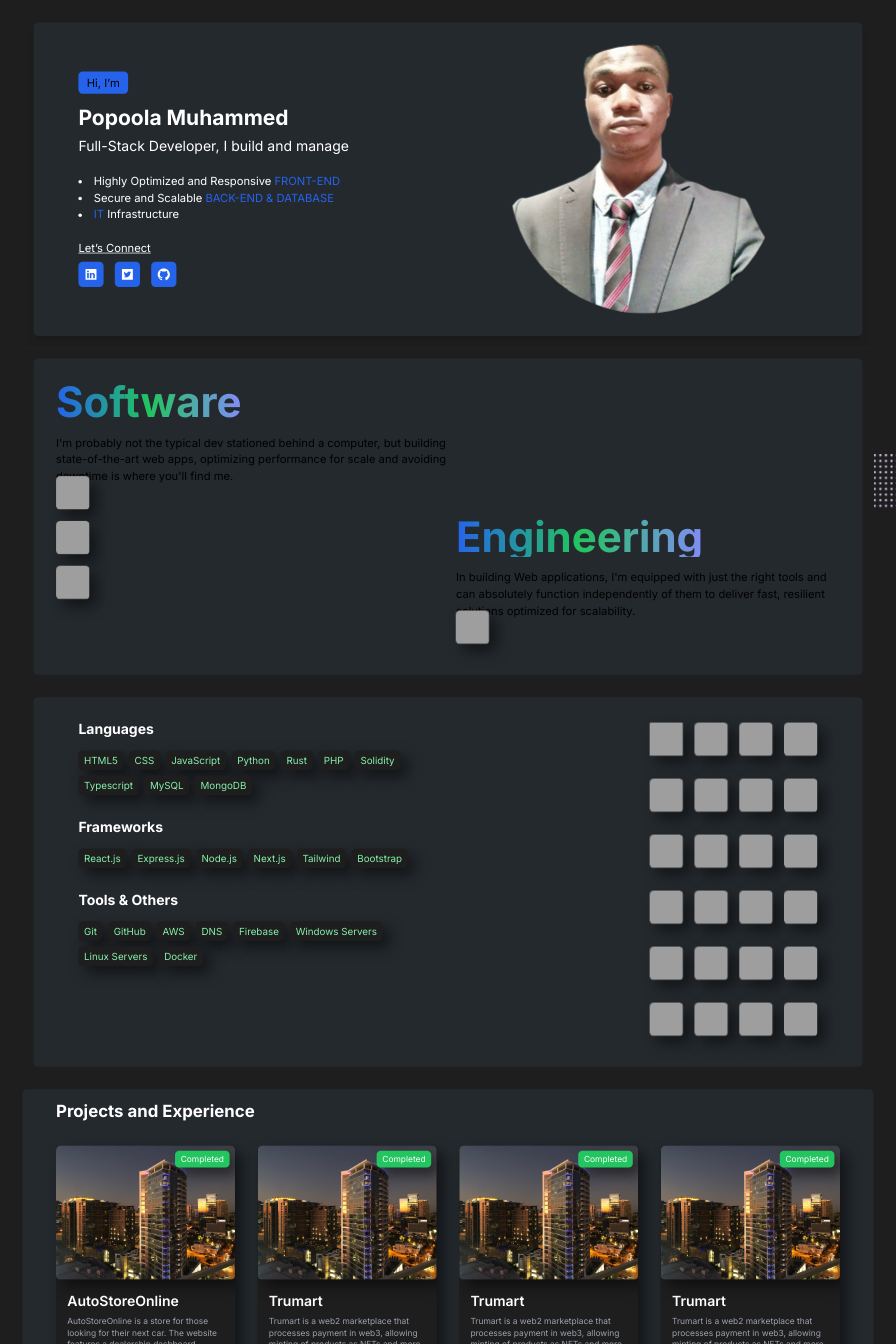
Repository: muhammedctgr/hammedctgr
Page: /
These files come from the project's save history. The page is drawn as it stood at one moment and after the next save; the edit follows.
The browser window is 1280 px wide. The pictures show the part of the page from y = 0 to 1920 px (the page is 2596 px tall before and 2516 px after), at 70% of full size.
Pictures or frames that could not be fetched are drawn as grey boxes. The project was rebuilt for these pictures with package versions that can differ from the ones it lists, and the page was loaded fresh each time. The framework's server and built-in components were replaced by stand-ins that run in the browser. Also part of the build but not shown: next.config.mjs.

Above is the page before, as saved 2024-08-08 19:42:08.

### app/layout.tsx
import type { Metadata } from "next";
import { Inter } from "next/font/google";
import "./globals.css";

const inter = Inter({ subsets: ["latin"] });

export const metadata: Metadata = {
  title: "Popoola Muhammed",
  description: "Generated by create next app",
};

export default function RootLayout({
  children,
}: Readonly<{
  children: React.ReactNode;
}>) {
  return (
    <html lang="en">
      <body className={inter.className}>{children}</body>
    </html>
  );
}

### app/page.tsx
import Head from 'next/head';
import Hero from '../components/Hero';
import SkillsSection from '@/components/SkillsSection';
import SummarySection from '@/components/SummarySection';
import ProjectsSection from '@/components/ProjectsSection';


const Home = () => (
  <div>
    <Head>
      <title>Popoola Muhammed</title>
      <meta name="description" content="Welcome to my developer portfolio" />
    </Head>

    <Hero />
    <SummarySection />
    <SkillsSection />
    <ProjectsSection />
  </div>
);

export default Home;

### app/globals.css
@tailwind base;
@tailwind components;
@tailwind utilities;

:root {
  --foreground-rgb: 0, 0, 0;
  --background-start-rgb: 214, 219, 220;
  --background-end-rgb: 255, 255, 255;
}

@media (prefers-color-scheme: dark) {
  :root {
    --foreground-rgb: 255, 255, 255;
    --background-start-rgb: 0, 0, 0;
    --background-end-rgb: 0, 0, 0;
  }
}

body {
  color: rgb(var(--foreground-rgb));
  background: linear-gradient(
      to bottom,
      transparent,
      rgb(var(--background-end-rgb))
    )
    rgb(var(--background-start-rgb));
}

@layer utilities {
  .text-balance {
    text-wrap: balance;
  }
}


@keyframes upDown {
  0%, 100% {
    transform: translateY(0);
  }
  50% {
    transform: translateY(-10px); /* Adjust the value as needed */
  }
}

.animate-upDown {
  animation: upDown 2s infinite ease-in-out; /* Adjust duration as needed */
}

.neumorph {
  border-radius: 5px;
  background: linear-gradient(145deg, #161414, #1a1818);
  box-shadow:  5px 5px 10px #111010,
               -5px -5px 10px #1f1c1c;
}

### components/Hero.tsx
import Image from 'next/image';
import profilePic from '../public/profile.png';
import { AiFillLinkedin, AiFillGithub, AiFillTwitterSquare, AiFillX } from 'react-icons/ai';

const Hero = () => {
  return (
    <section className="bg-gptGray px-4 py-4 md:pt-8 md:px-8 lg:px-12 text-white flex items-center">
  <div className="container bg-githubGray shadow-lg rounded-md mx-auto flex flex-col md:flex-row items-center md:px-8">
    <div className="flex-1 text-left p-4 md:p-8">
      <div className="inline-block bg-blue-600 text-black py-1 px-3 mb-4 rounded-md">
        Hi, I’m
      </div>
      <div className="mb-6">
        <h1 className="text-xl md:text-3xl font-bold">Popoola Muhammed</h1>
        <p className="mt-2 text-lg md:text-xl">Full-Stack Developer, I build and manage</p>
      </div>
      <ul className="mt-4 list-disc list-inside text-sm md:text-base">
        <li>Highly Optimized and Responsive <span className="text-blue-600">FRONT-END</span></li>
        <li>Secure and Scalable <span className="text-blue-600">BACK-END & DATABASE</span></li>
        <li><span className="text-blue-600">IT</span> Infrastructure</li>
      </ul>
      <div className="mt-6">
        <a href="#contact" className="underline">Let’s Connect</a>
        <div className="mt-2 flex justify-start space-x-4">
          <a href="#" className="bg-blue-600 p-2 rounded-md">
            <AiFillLinkedin size={20} />
          </a>
          <a href="#" className="bg-blue-600 p-2 rounded-md">
            <AiFillTwitterSquare size={20} />
          </a>
          <a href="#" className="bg-blue-600 p-2 rounded-md">
            <AiFillGithub size={20} />
          </a>
        </div>
      </div>
    </div>
    <div className="flex-1 p-4 md:p-8">
      <div className="relative w-40 h-40 md:w-72 md:h-72 lg:w-96 lg:h-96 mx-auto">
        <Image src={profilePic} alt="Popoola Muhammed" layout="fill" className="rounded-full object-cover animate-upDown" />
      </div>
    </div>
  </div>
</section>
  );
};

export default Hero;

### components/SkillsSection.tsx
import Image from 'next/image';
import { FC } from 'react';

interface SkillCategory {
  title: string;
  skills: { name: string; }[];
}

const skills: SkillCategory[] = [
  {
    title: "Languages",
    skills: [
      { name: "HTML5",  },
      { name: "CSS", },
      { name: "JavaScript",  },
      { name: "Python", },
      { name: "Rust",  },
      { name: "PHP", },
      { name: "Solidity",  },
      { name: "Typescript",  },
      { name: "MySQL",  },
      { name: "MongoDB", },
    ],
  },
  {
    title: "Frameworks",
    skills: [
      { name: "React.js", },
      { name: "Express.js",  },
      { name: "Node.js", },
      { name: "Next.js", },
      { name: "Tailwind", },
      { name: "Bootstrap", }
    ],
  },
  {
    title: "Tools & Others",
    skills: [
      { name: "Git",  },
      { name: "GitHub",  },
      { name: "AWS", },
      { name: "DNS", },
      { name: "Firebase", },
      { name: "Windows Servers", },
      { name: "Linux Servers",  },
      { name: "Docker",  },
    ],
  },
];

const icons = [
  "/icons/html5.svg", // Replace with your icon paths
  "/icons/css3.svg",
  "/icons/javascript.svg",
  "/icons/python.svg",
  // Add the rest of the icons as needed
];

const SkillsSection: FC = () => {
  return (
  <section className="px-4 py-4 md:px-8 lg:px-12 bg-gptGray text-white">
  <div className="container bg-githubGray rounded-md mx-auto flex flex-col md:flex-row items-start md:px-8">
    <div className="flex-1 p-4 md:p-8">
      {skills.map((category) => (
        <div key={category.title} className="mb-8">
          <h2 className="text-lg md:text-xl font-bold mb-4">{category.title}</h2>
          <div className="flex flex-wrap gap-2">
            {category.skills.map((skill) => (
              <span
                key={skill.name}
                className={`px-2 py-1 rounded-md text-sm shadow-deep-all bg-gptGray text-green-300`}
              >
                {skill.name}
              </span>
            ))}
          </div>
        </div>
      ))}
    </div>
    <div className="flex-1 flex flex-col items-center md:items-end">
      <div className="grid grid-cols-3 md:grid-cols-4 gap-4 p-4 md:p-8">
      <img src="https://cdn.jsdelivr.net/gh/devicons/devicon@latest/icons/html5/html5-original.svg" className="w-8 h-8 md:w-12 md:h-12 lg:w-12 lg:h-12 bg-gptGray rounded-sm animate-bounce shadow-deep-all mt-4" />
      <img src="https://cdn.jsdelivr.net/gh/devicons/devicon@latest/icons/css3/css3-original.svg" className="w-8 h-8 md:w-12 md:h-12 lg:w-12 lg:h-12 bg-gptGray rounded-md animate-bounce shadow-deep-all mt-4" />
      <img src="https://cdn.jsdelivr.net/gh/devicons/devicon@latest/icons/javascript/javascript-original.svg" className="w-8 h-8 md:w-12 md:h-12 lg:w-12 lg:h-12 bg-gptGray rounded-md animate-bounce shadow-deep-all mt-4" />
      <img src="https://cdn.jsdelivr.net/gh/devicons/devicon@latest/icons/python/python-original.svg" className="w-8 h-8 md:w-12 md:h-12 lg:w-12 lg:h-12 bg-gptGray rounded-md animate-bounce shadow-deep-all mt-4" />
      <img src="https://cdn.jsdelivr.net/gh/devicons/devicon@latest/icons/rust/rust-original.svg"  className="w-8 h-8 md:w-12 md:h-12 lg:w-12 lg:h-12 bg-gptGray rounded-md animate-bounce shadow-deep-all mt-4" />
      <img src="https://cdn.jsdelivr.net/gh/devicons/devicon@latest/icons/php/php-original.svg" className="w-8 h-8 md:w-12 md:h-12 lg:w-12 lg:h-12 bg-gptGray rounded-md animate-bounce shadow-deep-all mt-4" />
      <img src="https://cdn.jsdelivr.net/gh/devicons/devicon@latest/icons/solidity/solidity-original.svg" className="w-8 h-8 md:w-12 md:h-12 lg:w-12 lg:h-12 bg-gptGray rounded-md animate-bounce shadow-deep-all mt-4" />
      <img src="https://cdn.jsdelivr.net/gh/devicons/devicon@latest/icons/typescript/typescript-original.svg" className="w-8 h-8 md:w-12 md:h-12 lg:w-12 lg:h-12 bg-gptGray rounded-md animate-bounce shadow-deep-all mt-4" />
      <img src="https://cdn.jsdelivr.net/gh/devicons/devicon@latest/icons/mysql/mysql-original.svg" className="w-8 h-8 md:w-12 md:h-12 lg:w-12 lg:h-12 bg-gptGray rounded-md animate-bounce shadow-deep-all mt-4" />
      <img src="https://cdn.jsdelivr.net/gh/devicons/devicon@latest/icons/mongodb/mongodb-original.svg" className="w-8 h-8 md:w-12 md:h-12 lg:w-12 lg:h-12 bg-gptGray rounded-md animate-bounce shadow-deep-all mt-4" />
      <img src="https://cdn.jsdelivr.net/gh/devicons/devicon@latest/icons/react/react-original.svg" className="w-8 h-8 md:w-12 md:h-12 lg:w-12 lg:h-12 bg-gptGray rounded-md animate-bounce shadow-deep-all mt-4" />
      <img src="https://cdn.jsdelivr.net/gh/devicons/devicon@latest/icons/express/express-original.svg" className="w-8 h-8 md:w-12 md:h-12 lg:w-12 lg:h-12 bg-gptGray rounded-md animate-bounce shadow-deep-all mt-4" />
      <img src="https://cdn.jsdelivr.net/gh/devicons/devicon@latest/icons/express/express-original.svg" className="w-8 h-8 md:w-12 md:h-12 lg:w-12 lg:h-12 bg-gptGray rounded-md animate-bounce shadow-deep-all mt-4" />
      <img src="https://cdn.jsdelivr.net/gh/devicons/devicon@latest/icons/express/express-original.svg" className="w-8 h-8 md:w-12 md:h-12 lg:w-12 lg:h-12 bg-gptGray rounded-md animate-bounce shadow-deep-all mt-4" />
      <img src="https://cdn.jsdelivr.net/gh/devicons/devicon@latest/icons/express/express-original.svg" className="w-8 h-8 md:w-12 md:h-12 lg:w-12 lg:h-12 bg-gptGray rounded-md animate-bounce shadow-deep-all mt-4" />
      <img src="https://cdn.jsdelivr.net/gh/devicons/devicon@latest/icons/express/express-original.svg" className="w-8 h-8 md:w-12 md:h-12 lg:w-12 lg:h-12 bg-gptGray rounded-md animate-bounce shadow-deep-all mt-4" />
      <img src="https://cdn.jsdelivr.net/gh/devicons/devicon@latest/icons/express/express-original.svg" className="w-8 h-8 md:w-12 md:h-12 lg:w-12 lg:h-12 bg-gptGray rounded-md animate-bounce shadow-deep-all mt-4" />
      <img src="https://cdn.jsdelivr.net/gh/devicons/devicon@latest/icons/express/express-original.svg" className="w-8 h-8 md:w-12 md:h-12 lg:w-12 lg:h-12 bg-gptGray rounded-md animate-bounce shadow-deep-all mt-4" />
      <img src="https://cdn.jsdelivr.net/gh/devicons/devicon@latest/icons/express/express-original.svg" className="w-8 h-8 md:w-12 md:h-12 lg:w-12 lg:h-12 bg-gptGray rounded-md animate-bounce shadow-deep-all mt-4" />
      <img src="https://cdn.jsdelivr.net/gh/devicons/devicon@latest/icons/express/express-original.svg" className="w-8 h-8 md:w-12 md:h-12 lg:w-12 lg:h-12 bg-gptGray rounded-md animate-bounce shadow-deep-all mt-4" />
      <img src="https://cdn.jsdelivr.net/gh/devicons/devicon@latest/icons/express/express-original.svg" className="w-8 h-8 md:w-12 md:h-12 lg:w-12 lg:h-12 bg-gptGray rounded-md animate-bounce shadow-deep-all mt-4" />
      <img src="https://cdn.jsdelivr.net/gh/devicons/devicon@latest/icons/express/express-original.svg" className="w-8 h-8 md:w-12 md:h-12 lg:w-12 lg:h-12 bg-gptGray rounded-md animate-bounce shadow-deep-all mt-4" />
      <img src="https://cdn.jsdelivr.net/gh/devicons/devicon@latest/icons/express/express-original.svg" className="w-8 h-8 md:w-12 md:h-12 lg:w-12 lg:h-12 bg-gptGray rounded-md animate-bounce shadow-deep-all mt-4" />
      <img src="https://cdn.jsdelivr.net/gh/devicons/devicon@latest/icons/express/express-original.svg" className="w-8 h-8 md:w-12 md:h-12 lg:w-12 lg:h-12 bg-gptGray rounded-md animate-bounce shadow-deep-all mt-4" />
      </div>
    </div>
  </div>
</section>
  );
};

export default SkillsSection;

### components/SummarySection.tsx
import { FC } from 'react';

const SummarySection: FC = () => {
  return (
<section className="px-4 py-4 md:px-8 lg:px-12 bg-gptGray relative overflow-hidden">
  <div className="container bg-githubGray mx-auto flex rounded-md flex-col md:flex-row justify-between items-start md:px-8 p-4 md:p-8">
    <div className=" mb-8 md:mb-8">
      <div className="mb-4">
        <span className="text-4xl md:text-6xl font-bold bg-gradient-to-r from-blue-600 via-green-500 to-indigo-400 inline-block text-transparent bg-clip-text">Software</span>
      </div>
      <p className="text-sm md:text-base">
        I'm probably not the typical dev stationed behind a computer, but building state-of-the-art web apps, optimizing performance for scale and avoiding downtime is where you'll find me.
      </p>
      <img src="https://cdn.jsdelivr.net/gh/devicons/devicon@latest/icons/mongodb/mongodb-original.svg" className="w-8 h-8 md:w-12 md:h-12 lg:w-12 lg:h-12 bg-gptGray rounded-md animate-bounce shadow-deep-all" />
      <img src="https://cdn.jsdelivr.net/gh/devicons/devicon@latest/icons/nextjs/nextjs-original.svg" className="w-8 h-8 md:w-12 md:h-12 lg:w-12 lg:h-12 bg-gptGray rounded-md animate-bounce shadow-deep-all mt-4" />
      <img src="https://cdn.jsdelivr.net/gh/devicons/devicon@latest/icons/javascript/javascript-original.svg" className="w-8 h-8 md:w-12 md:h-12 lg:w-12 lg:h-12 bg-gptGray rounded-md animate-bounce shadow-deep-all mt-4" />
    </div>
    <div className=" md:mt-48">
      <div className="mb-4">
        <span className="text-4xl md:text-6xl font-bold bg-gradient-to-r from-blue-600 via-green-500 to-indigo-400 inline-block text-transparent bg-clip-text">Engineering</span>
      </div>
      <p className="text-sm md:text-base">
        In building Web applications, I'm equipped with just the right tools and can absolutely function independently of them to deliver fast, resilient solutions optimized for scalability.
      </p>

      <img src="https://cdn.jsdelivr.net/gh/devicons/devicon@latest/icons/python/python-original.svg" className="right-4 w-8 h-8 md:w-12 md:h-12 lg:w-12 lg:h-12 bg-gptGray rounded-md animate-bounce shadow-deep-all" />

    </div>
  </div>

  {/* Decorative Elements */}
  <div className="absolute top-1/4 right-0 transform translate-x-4 translate-y-4 md:translate-x-12 md:translate-y-8">
    <svg className="fill-current text-purple-200" width="80" height="80" viewBox="0 0 100 100">
      {/* SVG circles */}
      {[...Array(10)].map((_, row) => (
        <g key={row} transform={`translate(0, ${row * 10})`}>
          {[...Array(10)].map((_, col) => (
            <circle key={col} cx={col * 10 + 2} cy="2" r="2" />
          ))}
        </g>
      ))}
    </svg>
  </div>
</section>
  );
};

export default SummarySection;

### components/ProjectsSection.tsx
import { FC } from 'react';

interface Project {
  title: string;
  description: string;
  technologies: string[];
  date: string;
  status: string;
  image: string;
  link: string;
}

const projects: Project[] = [
  {
    title: "AutoStoreOnline",
    description: "AutoStoreOnline is a store for those looking for their next car. The website features a dealership dashboard displaying inventories that can be done in minutes. Designed and developed by me.",
    technologies: ["React.js", "Express.js", "Node.js", "MySQL"],
    date: "2024",
    status: "Completed",
    image: "pic1.jpg",
    link: "https://example.com",
  },
  {
    title: "Trumart",
    description: "Trumart is a web2 marketplace that processes payment in web3, allowing minting of products as NFTs and more. Designed and developed by me.",
    technologies: ["React.js", "Express.js", "Node.js", "MySQL"],
    date: "2023",
    status: "Completed",
    image: "pic1.jpg",
    link: "https://example.com",
  },
  {
    title: "Trumart",
    description: "Trumart is a web2 marketplace that processes payment in web3, allowing minting of products as NFTs and more. Designed and developed by me.",
    technologies: ["React.js", "Express.js", "Node.js", "MySQL"],
    date: "2023",
    status: "Completed",
    image: "pic1.jpg",
    link: "https://example.com",
  },
  {
    title: "Trumart",
    description: "Trumart is a web2 marketplace that processes payment in web3, allowing minting of products as NFTs and more. Designed and developed by me.",
    technologies: ["React.js", "Express.js", "Node.js", "MySQL"],
    date: "2023",
    status: "Completed",
    image: "pic1.jpg",
    link: "https://example.com",
  },
  {
    title: "Trumart",
    description: "Trumart is a web2 marketplace that processes payment in web3, allowing minting of products as NFTs and more. Designed and developed by me.",
    technologies: ["React.js", "Express.js", "Node.js", "MySQL"],
    date: "2023",
    status: "Completed",
    image: "pic1.jpg",
    link: "https://example.com",
  },
  // Add more projects as needed...
];

const ProjectsSection: FC = () => {
  return (
    <section className="bg-gptGray md:px-8 px-4 py-4">
      <div className="container bg-githubGray rounded-md mx-auto md:px-8 ">
        <h2 className="text-2xl font-bold text-white p-4">Projects and Experience</h2>
        <div className="grid grid-cols-1 sm:grid-cols-3 lg:grid-cols-4 gap-8 p-4">
          {projects.map((project, index) => (
            <div key={index} className="bg-gptGray rounded-lg overflow-hidden shadow-deep-all">
              <div className="relative w-full h-48">
                <img src={project.image} alt={project.title} className="w-full h-full object-cover shadow-deep-all rounded-md" />
                <span className="shadow-deep-all absolute top-2 right-2 bg-green-500 text-xs text-white px-2 py-1 rounded-md">{project.status}</span>
              </div>
              <div className="p-4">
                <h3 className="text-xl font-semibold text-white mb-2">{project.title}</h3>
                <p className="text-gray-400 text-xs mb-4">{project.description}</p>
                <div className="flex flex-wrap gap-2 mb-4">
                  {project.technologies.map((tech, i) => (
                    <span key={i} className="bg-githubGray shadow-deep-all text-green-300 text-xs px-2 py-1 rounded-md">{tech}</span>
                  ))}
                </div>
                <div className="flex justify-between items-center">
                  <span className="text-gray-500 text-sm">{project.date}</span>
                  <a href={project.link} target="_blank" rel="noopener noreferrer" className="text-blue-400 hover:underline text-sm">website link</a>
                </div>
              </div>
            </div>
          ))}
        </div>
      </div>
    </section>
  );
};

export default ProjectsSection;

### tailwind.config.ts
import type { Config } from "tailwindcss";

const config: Config = {
  content: [
    "./pages/**/*.{js,ts,jsx,tsx,mdx}",
    "./components/**/*.{js,ts,jsx,tsx,mdx}",
    "./app/**/*.{js,ts,jsx,tsx,mdx}",
  ],
  theme: {
    extend: {
      backgroundImage: {
        "gradient-radial": "radial-gradient(var(--tw-gradient-stops))",
        "gradient-conic":
          "conic-gradient(from 180deg at 50% 50%, var(--tw-gradient-stops))",
      },
      colors: {
        githubGray: '#24292e',
        gptGray: '#1e1e1e', // Define the exact color
        gradient: 'bg-gradient-to-r from-blue-600 via-green-500 to-indigo-400 inline-block text-transparent bg-clip-text'
      },
      boxShadow: {
        'deep-right': '10px 10px 20px rgba(0, 0, 0, 0.25)',  // Right side shadow
        'deep-left': '-10px 10px 20px rgba(0, 0, 0, 0.25)',  // Left side shadow
        'deep-top': '10px -10px 20px rgba(0, 0, 0, 0.25)',   // Top side shadow
        'deep-bottom': '10px 10px 20px rgba(0, 0, 0, 0.25)', // Bottom side shadow
        'deep-all': '10px 10px 20px rgba(0, 0, 0, 0.5)',     // All sides shadow
      }
    },
  },
  plugins: [],
};
export default config;

After the next save:
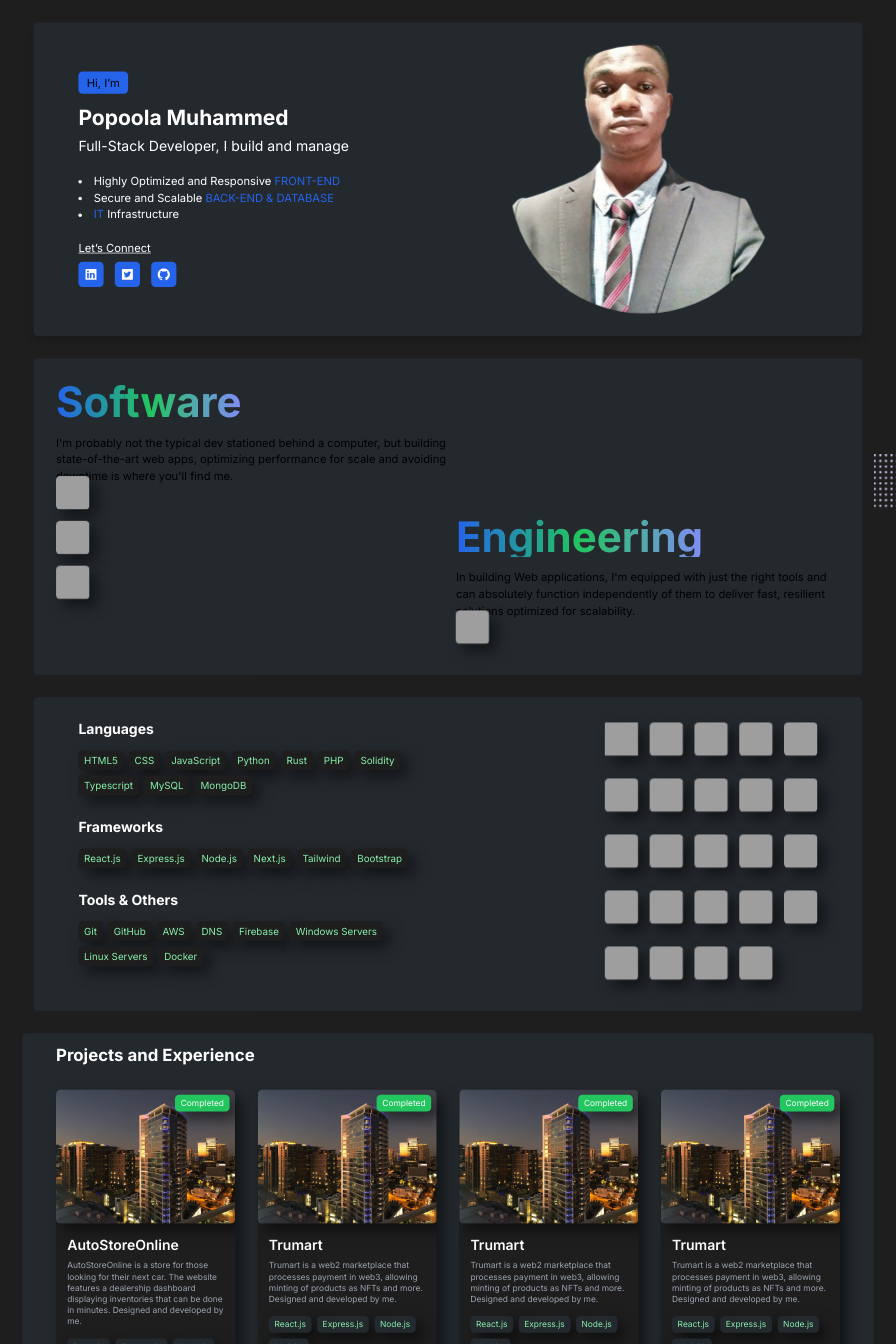
Saved 49 s later.
--- a/components/SkillsSection.tsx
+++ b/components/SkillsSection.tsx
@@ -78,7 +78,7 @@ const SkillsSection: FC = () => {
       ))}
     </div>
     <div className="flex-1 flex flex-col items-center md:items-end">
-      <div className="grid grid-cols-3 md:grid-cols-4 gap-4 p-4 md:p-8">
+      <div className="grid grid-cols-3 md:grid-cols-5 gap-4 p-4 md:p-8">
       <img src="https://cdn.jsdelivr.net/gh/devicons/devicon@latest/icons/html5/html5-original.svg" className="w-8 h-8 md:w-12 md:h-12 lg:w-12 lg:h-12 bg-gptGray rounded-sm animate-bounce shadow-deep-all mt-4" />
       <img src="https://cdn.jsdelivr.net/gh/devicons/devicon@latest/icons/css3/css3-original.svg" className="w-8 h-8 md:w-12 md:h-12 lg:w-12 lg:h-12 bg-gptGray rounded-md animate-bounce shadow-deep-all mt-4" />
       <img src="https://cdn.jsdelivr.net/gh/devicons/devicon@latest/icons/javascript/javascript-original.svg" className="w-8 h-8 md:w-12 md:h-12 lg:w-12 lg:h-12 bg-gptGray rounded-md animate-bounce shadow-deep-all mt-4" />
